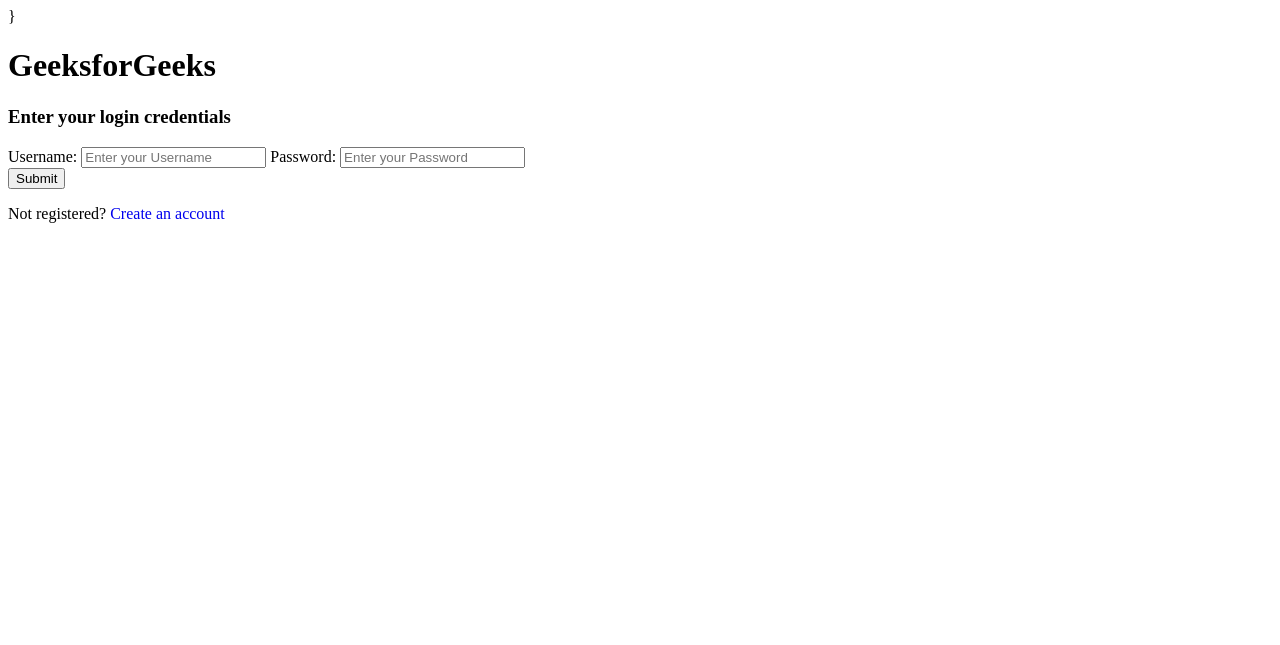
Repository: alizey12/Regestratin-Form-js
Page: signin.html
The author's editor kept a copy of each file at every save. The page is drawn from the files as they stood at one save, then again after the next save.
The browser window is 1280 px wide. The pictures show the whole page.

Above is the page before, as saved 2024-11-29 13:04:39.
Not found: style.css

### signin.html
<!DOCTYPE html>
<html lang="en">
<head>
    <meta charset="UTF-8">
    <meta name="viewport" content="width=device-width, initial-scale=1.0">
    <link rel="stylesheet" href="style.css">
    <title>Document</title>
</head>
<body>

}
<div class="main">
    <h1>GeeksforGeeks</h1>
    <h3>Enter your login credentials</h3>

    <form action="">
        <label for="first">
            Username:
        </label>
        <input type="text" id="first" name="first"
            placeholder="Enter your Username" required>

        <label for="password">
            Password:
        </label>
        <input type="password" id="password" name="password"
            placeholder="Enter your Password" required>

        <div class="wrap">
            <button type="submit">
                Submit
            </button>
        </div>
    </form>

    <p>Not registered?
        <a href="#" style="text-decoration: none;">
            Create an account
        </a>
    </p>
</div>


</body>
</html>

### signin.css
/*style.css*/
body {
    display: flex;
    align-items: center;
    justify-content: center;
    font-family: sans-serif;
    line-height: 1.5;
    min-height: 100vh;
    background: #f3f3f3;
    flex-direction: column;
    margin: 0;
}

.main {
    background-color: #fff;
    border-radius: 15px;
    box-shadow: 0 0 20px rgba(0, 0, 0, 0.2);
    padding: 10px 20px;
    transition: transform 0.2s;
    width: 500px;
    text-align: center;
}

h1 {
    color: #4CAF50;
}

label {
    display: block;
    width: 100%;
    margin-top: 10px;
    margin-bottom: 5px;
    text-align: left;
    color: #555;
    font-weight: bold;
}

input {
    display: block;
    width: 100%;
    margin-bottom: 15px;
    padding: 10px;
    box-sizing: border-box;
    border: 1px solid #ddd;
    border-radius: 5px;
}

button {
    padding: 15px;
    border-radius: 10px;
    margin-top: 15px;
    margin-bottom: 15px;
    border: none;
    color: white;
    cursor: pointer;
    background-color: #4CAF50;
    width: 100%;
    font-size: 16px;
}

.wrap {
    display: flex;
    justify-content: center;
    align-items: center;
}

After the next save:
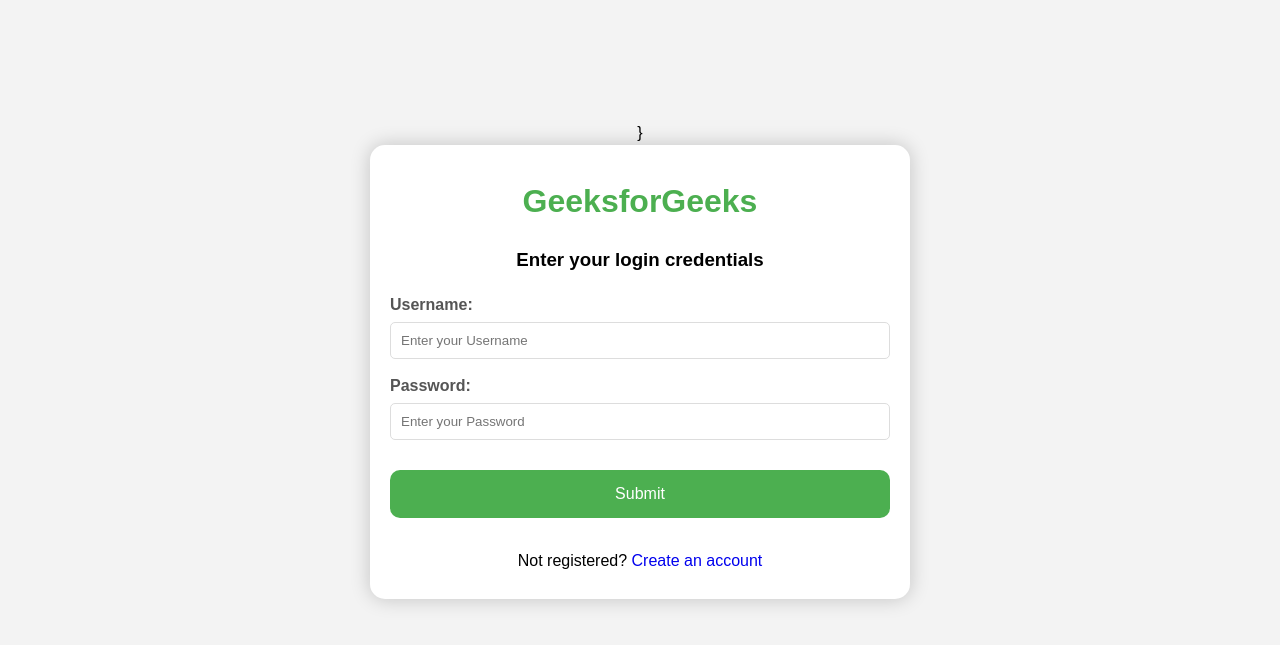
Saved 4 s later.
--- a/signin.html
+++ b/signin.html
@@ -3,7 +3,7 @@
 <head>
     <meta charset="UTF-8">
     <meta name="viewport" content="width=device-width, initial-scale=1.0">
-    <link rel="stylesheet" href="style.css">
+    <link rel="stylesheet" href="signin.css">
     <title>Document</title>
 </head>
 <body>
